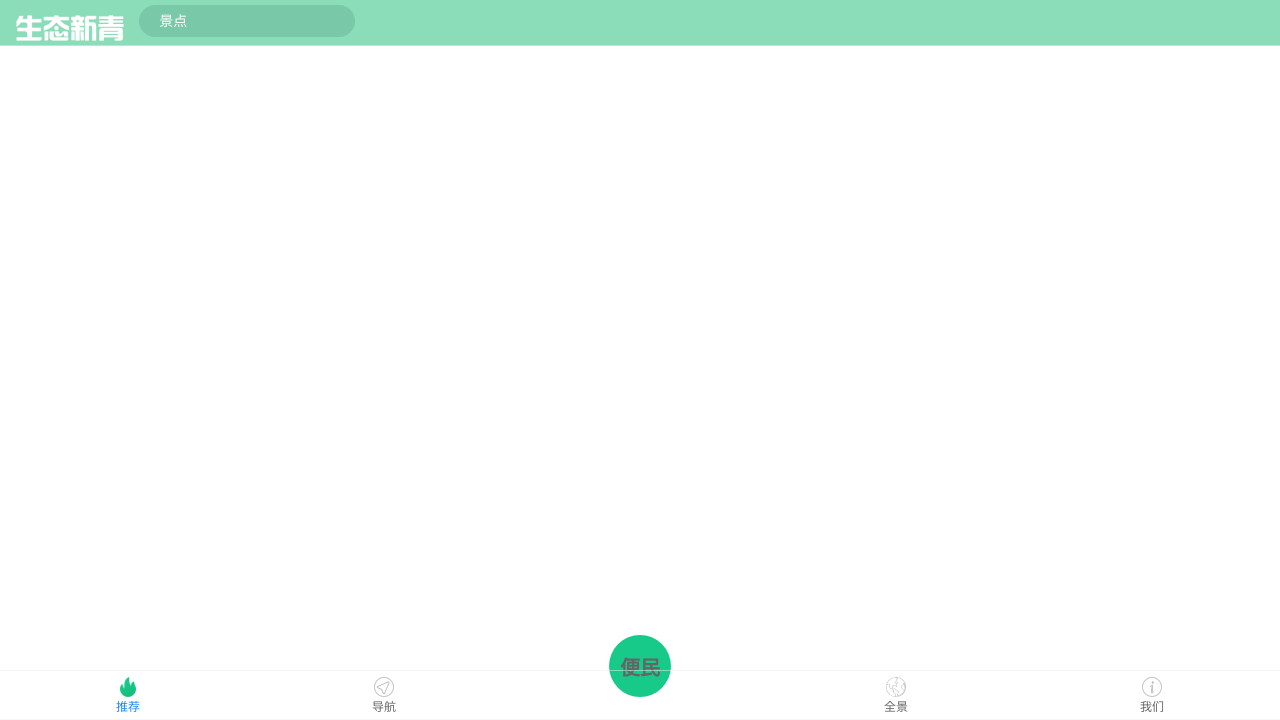
Repository: huye123/stcq
Page: /
The author's editor kept a copy of each file at every save. The page is drawn from the files as they stood at one save, then again after the next save.
The browser window is 1280 px wide. The pictures show the whole page.
The project was rebuilt for these pictures with package versions that can differ from the ones it lists, and the page was loaded fresh each time. Also part of the build but not shown: src/components/search.vue.

Above is the page before, as saved 2019-06-28 16:48:56.

After the next save:
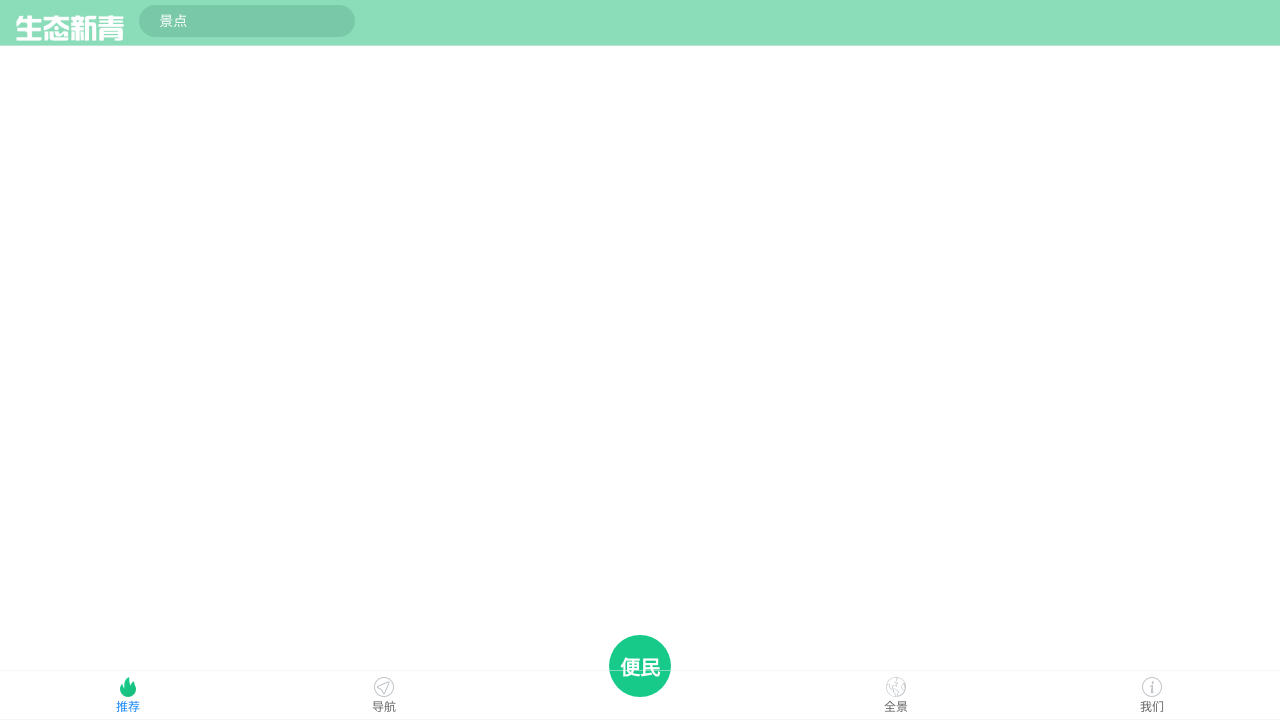
Saved 4 s later.
--- a/src/App.vue
+++ b/src/App.vue
@@ -93,6 +93,6 @@ export default {
 }.peopel{
   font-size: 20px;
   font-weight: bold;
-  c
+  color: #fff;
 }
 </style>
